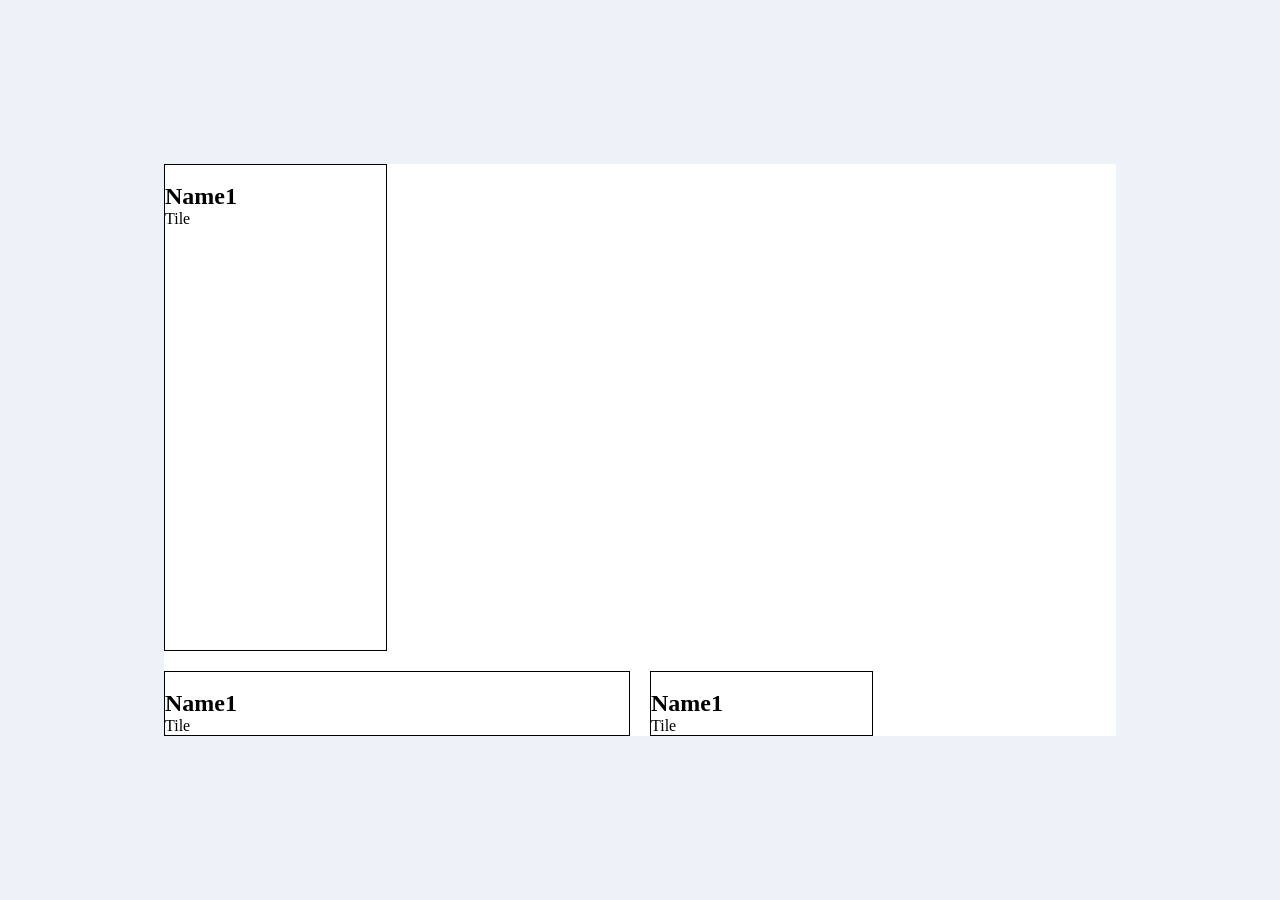
Repository: brandontaylor1/testimonial-card
Page: index.html
An editor plug-in stored every save of this project. The page is shown before and after the next save, followed by the edit.
The browser window is 1280 px wide. The pictures show the whole page.

Above is the page before, as saved 2025-01-10 23:02:00.

After the next save:
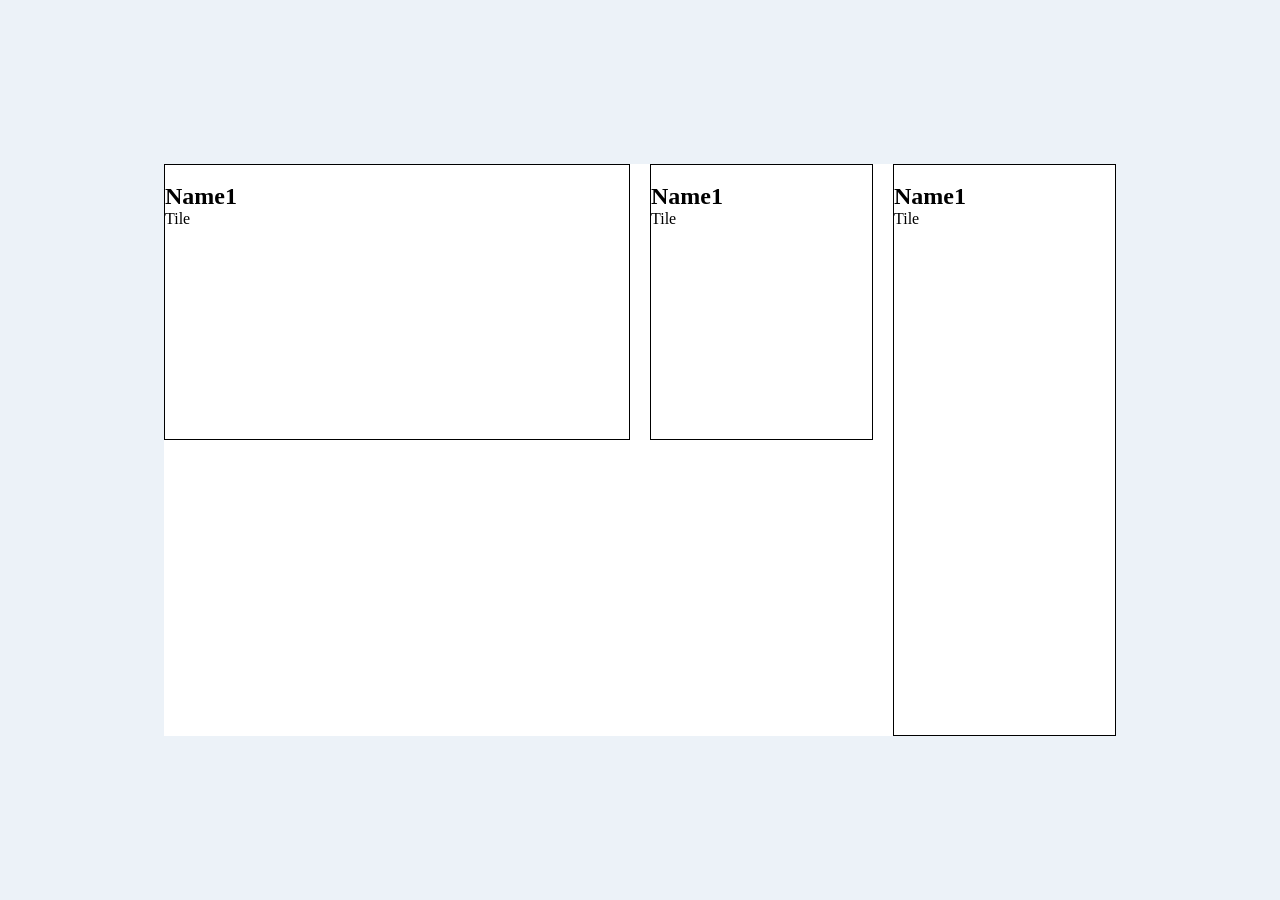
Saved 43 s later.
--- a/styles.css
+++ b/styles.css
@@ -43,5 +43,6 @@ body {
 }
 
 #card-3 {
+    grid-column: 4 / span 1;
     grid-row: 1 / span 2;
 }
